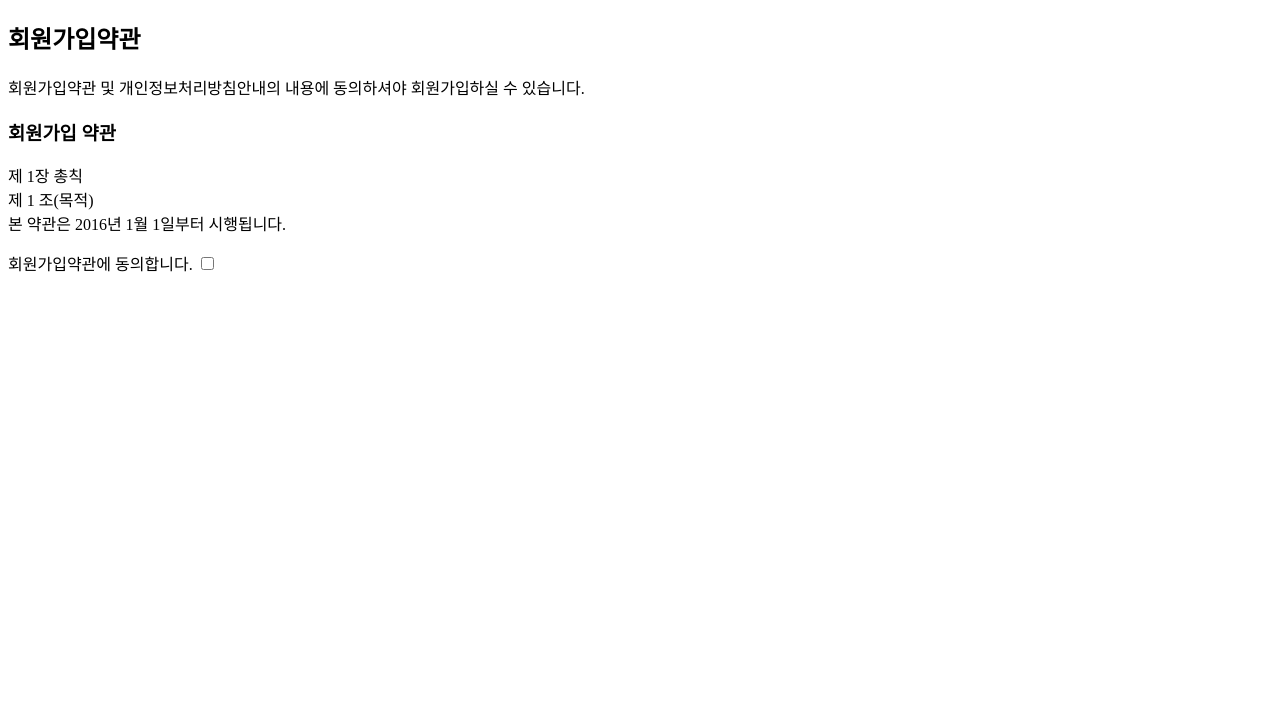
Repository: ks12b0000/JSP-School-Class
Page: chap10_JSP/src/main/webapp/Test/memberWriteSub.html
An editor plug-in stored every save of this project. The page is shown before and after the next save, followed by the edit.
The browser window is 1280 px wide. The pictures show the whole page.

Above is the page before, as saved 2022-06-03 12:32:27.

### chap10_JSP/src/main/webapp/Test/memberWriteSub.html
<!DOCTYPE html>
<html>
<head>
	<meta charset="UTF-8">
	<meta name="viewport" content="width=device-width, initial-scale=1.0">
	<title>회원가입약관</title>
</head>
<body>
	<h2>회원가입약관</h2>
	<p>회원가입약관 및 개인정보처리방침안내의 내용에 동의하셔야 회원가입하실 수 있습니다.</p>
	<h3>회원가입 약관</h3>
	<p>제 1장 총칙 <br/>
	   제 1 조(목적)<br/>
	   본 약관은 2016년 1월 1일부터 시행됩니다.</p>
	<form id="terms_Ck">
		<label for="terms">회원가입약관에 동의합니다.</label> <input type="checkbox" id="terms" /><label for="Auto-Login"></label>
	</form>
</body>
</html>

After the next save:
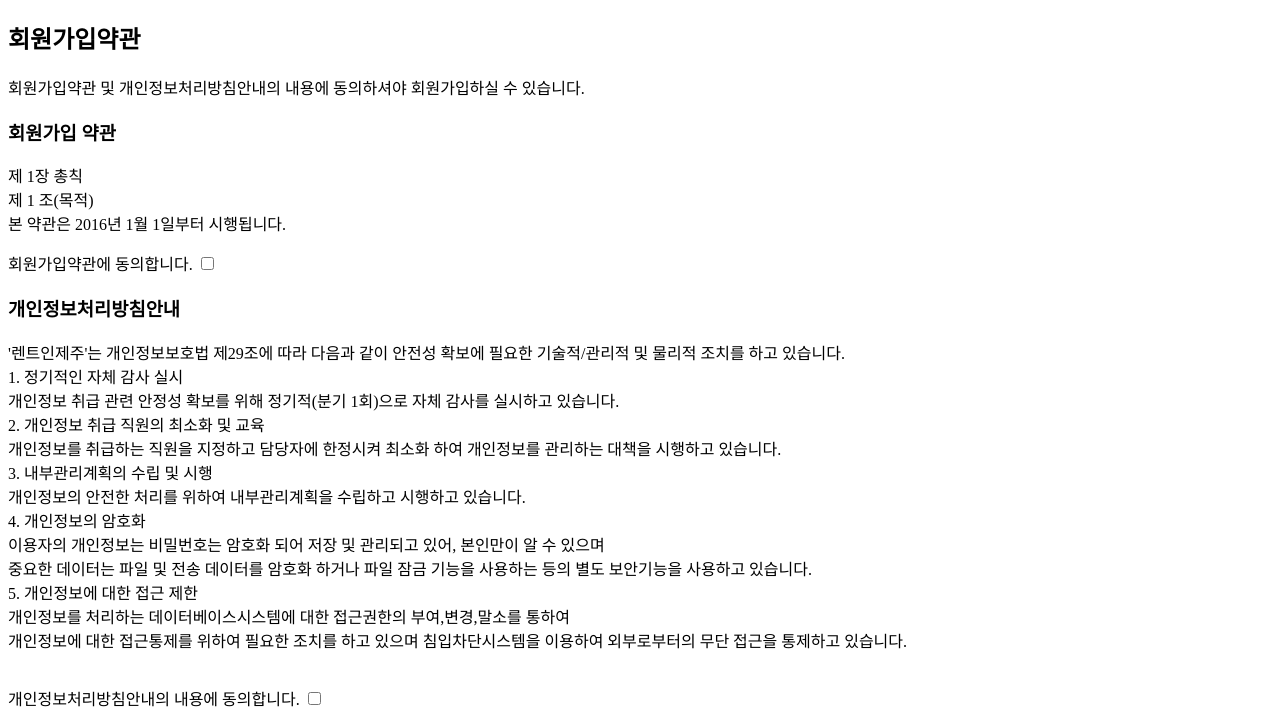
Saved 5 min 43 s later.
--- a/chap10_JSP/src/main/webapp/Test/memberWriteSub.html
+++ b/chap10_JSP/src/main/webapp/Test/memberWriteSub.html
@@ -13,7 +13,24 @@
 	   제 1 조(목적)<br/>
 	   본 약관은 2016년 1월 1일부터 시행됩니다.</p>
 	<form id="terms_Ck">
-		<label for="terms">회원가입약관에 동의합니다.</label> <input type="checkbox" id="terms" /><label for="Auto-Login"></label>
+		<label for="terms">회원가입약관에 동의합니다.</label> <input type="checkbox" id="terms" /><label for="Auto-Login"></label><br/>
+	</form>
+	<h3>개인정보처리방침안내</h3>
+	<p>'렌트인제주'는 개인정보보호법 제29조에 따라 다음과 같이 안전성 확보에 필요한 기술적/관리적 및 물리적 조치를 하고 있습니다.<br/>
+		1. 정기적인 자체 감사 실시<br/>
+		개인정보 취급 관련 안정성 확보를 위해 정기적(분기 1회)으로 자체 감사를 실시하고 있습니다.<br/>
+		2. 개인정보 취급 직원의 최소화 및 교육<br/>
+		개인정보를 취급하는 직원을 지정하고 담당자에 한정시켜 최소화 하여 개인정보를 관리하는 대책을 시행하고 있습니다.<br/>
+		3. 내부관리계획의 수립 및 시행<br/>
+		개인정보의 안전한 처리를 위하여 내부관리계획을 수립하고 시행하고 있습니다.<br/>
+		4. 개인정보의 암호화<br/>
+		이용자의 개인정보는 비밀번호는 암호화 되어 저장 및 관리되고 있어, 본인만이 알 수 있으며<br/>
+		중요한 데이터는 파일 및 전송 데이터를 암호화 하거나 파일 잠금 기능을 사용하는 등의 별도 보안기능을 사용하고 있습니다.<br/>
+		5. 개인정보에 대한 접근 제한<br/>
+		개인정보를 처리하는 데이터베이스시스템에 대한 접근권한의 부여,변경,말소를 통하여<br/>
+		개인정보에 대한 접근통제를 위하여 필요한 조치를 하고 있으며 침입차단시스템을 이용하여 외부로부터의 무단 접근을 통제하고 있습니다.</p><br/>
+	<form id="terms_Ck2">
+	<label for="terms2">개인정보처리방침안내의 내용에 동의합니다.</label> <input type="checkbox" id="terms2" /><label for="Auto-Login"></label><br/>
 	</form>
 </body>
 </html>
